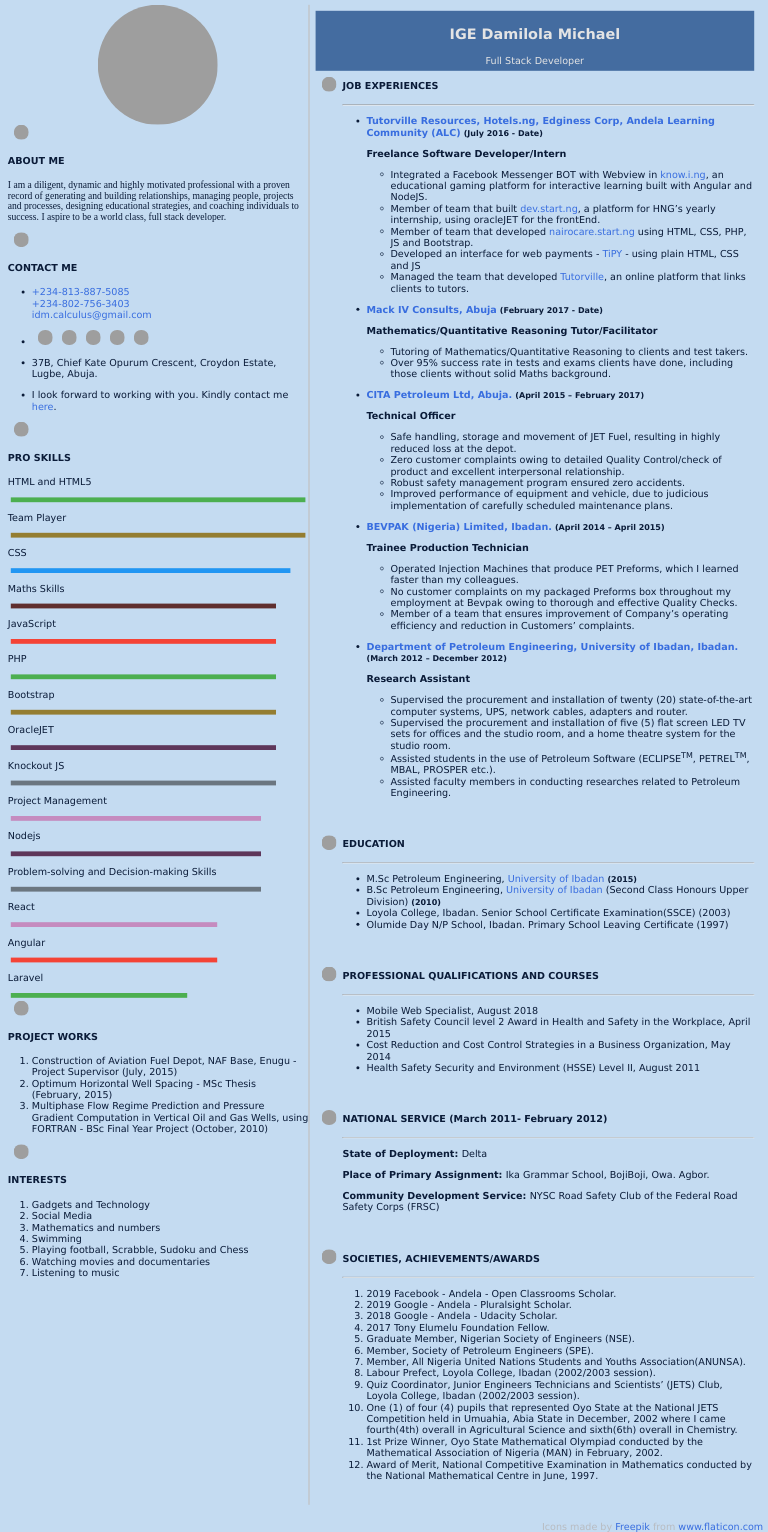
Repository: idmcalculus/DamilolaCV
Page: index.html
These files come from the project's save history. The page is drawn as it stood at one moment and after the next save; the edit follows.
The browser window is 1280 px wide. The pictures show the whole page, at 60% of full size.
Pictures or frames that could not be fetched are drawn as grey boxes.

Above is the page before, as saved 2019-11-18 21:30:44.

### index.html
<!DOCTYPE html>
<html lang="en">
  <head>
    <meta charset="UTF-8" />
    <meta name="viewport" content="width=device-width, initial-scale=1" />
    <meta http-equiv="X-UA-Compatible" content="ie=edge" />
    <meta name="keywords" content="Damilola Michael Ige's resume, resume of Ige Damilola Michael,
     Damilola Michael Ige, Damilola's resume, Ige's resume, Damilola Michael Ige's CV"/>
    <meta name="description" content="Damilola's resume or CV, is a document summarizing Damilola Ige's
    personal, professional and educational development in chronological order."/>
    <link href="data:[embedded picture, 1901 characters]" rel="icon" type="image/x-icon" />
    <link rel="stylesheet" href="style.css" />
    <title>Damilola's Resume</title>
  </head>

  <body>
    <div class="container">
      <div class="side">
        <div>
          <div class="profile-pix">
            <img
              src="https://res.cloudinary.com/idmcalculus/image/upload/v1566587963/IMG-20190804-WA0002_to0bl3.jpg"
              alt="Damilola's picture"
            />
          </div>
          <div class="profile">
            <img
              src="https://res.cloudinary.com/kayode/image/upload/v1566971345/235-2354657_pick-me-comments-me-icon-white-png_jkb7na.jpg"
              alt="icon"
            />
            <div class="profile-wordings">
              <h4>ABOUT ME</h4>
              <p id="about">
                I am a diligent, dynamic and highly motivated professional with a proven record of generating
                and building relationships, managing people, projects and processes, designing educational
                strategies, and coaching individuals to success. I aspire to be a world class, full stack developer.
              </p>
            </div>
          </div>
        </div>
        <div>
          <div class="profile">
            <img
              src="https://res.cloudinary.com/idmcalculus/image/upload/v1567673501/1915638_ln0e1k.png"
              alt="icon"
            />
          </div>
          <div class="profile-wordings">
            <h4>CONTACT ME</h4>
            <ul>
              <li>
                <p>
                  <span><a href="tel:+2348138875085" target="_blank">+234-813-887-5085</a></span></br>
                  <span><a href="tel:+2348027563403" target="_blank">+234-802-756-3403</a></span></br>
                  <span><a href="mailto:idm.calculus@gmail.com" target="_blank">idm.calculus@gmail.com</a></span>
                </p>
              </li>
              <li>
                <p>
                  <span class="profile"><a href="https://www.linkedin.com/in/idmcalculus" target="_blank">
                      <img src="https://res.cloudinary.com/idmcalculus/image/upload/v1567078814/linkedin_nawncg.png"
                      alt="@idmcalculus"></a></span>
                  <span class="profile"><a href="http://github.com/idmcalculus" target="_blank">
                      <img src="https://res.cloudinary.com/idmcalculus/image/upload/v1567091706/github_myyj8k.png"
                      alt="@idmcalculus"> </a></span>
                  <span class="profile"><a href="http://facebook.com/idmcalculus" target="_blank">
                      <img src="https://res.cloudinary.com/idmcalculus/image/upload/v1567078814/facebook_o0mfuf.png"
                      alt="@idmcalculus"/></a>
                  </span>
                  <span class="profile"><a href="http://twitter.com/gmatngre_tutor" target="_blank">
                    <img src="https://res.cloudinary.com/idmcalculus/image/upload/v1567078815/twitter_najoia.png"
                      alt="@gmatngre_tutor"/></a>
                  </span>
                  <span class="profile"><a href="http://instagram.com/idmcalculus" target="_blank">
                    <img src="https://res.cloudinary.com/idmcalculus/image/upload/v1567078814/instagram_sg1ayt.png"
                      alt="@idmcalculus"/></a>
                  </span>
                </p>
              </li>
              <li>
                <p>37B, Chief Kate Opurum Crescent, Croydon Estate, Lugbe, Abuja.</p>
              </li>
              <li>
                <p>I look forward to working with you. Kindly contact me <a href="contactme.html" target="_blank">here</a>.</p>
              </li>
            </ul>
          </div>
        </div>
        <div>
          <div class="profile">
            <img
              src="https://res.cloudinary.com/idmcalculus/image/upload/v1567673758/1120311_pwpidf.png"
              alt="icon"
            />
          </div>
          <div class="profile-wordings">
            <h4>PRO SKILLS</h4>
            <p class="skillname">HTML and HTML5</p>
                    <div class="container">
                        <div class="skills html"></div>
                    </div>
                    <p class="skillname">Team Player</p>
                    <div class="container">
                        <div class="skills teamplay"></div>
                    </div>

                    <p class="skillname">CSS</p>
                    <div class="container">
                        <div class="skills css"></div>
                    </div>
                    <p class="skillname">Maths Skills</p>
                    <div class="container">
                      <div class="skills maths"></div>
                    </div>
                    <p class="skillname">JavaScript</p>
                    <div class="container">
                      <div class="skills js"></div>
                    </div>
                    <p class="skillname">PHP</p>
                    <div class="container">
                      <div class="skills php"></div>
                    </div>
                    <p class="skillname">Bootstrap</p>
                    <div class="container">
                      <div class="skills bs"></div>
                    </div>
                    <p class="skillname">OracleJET</p>
                    <div class="container">
                      <div class="skills ojet"></div>
                    </div>
                    <p class="skillname">Knockout JS</p>
                    <div class="container">
                      <div class="skills ko"></div>
                    </div>
                    <p class="skillname">Project Management</p>
                    <div class="container">
                      <div class="skills project"></div>
                    </div>
                    <p class="skillname">Nodejs</p>
                    <div class="container">
                      <div class="skills nodejs"></div>
                    </div>
                    <p class="skillname">Problem-solving and Decision-making Skills</p>
                    <div class="container">
                        <div class="skills psdm"></div>
                    </div>
                    <p class="skillname">React</p>
                    <div class="container">
                      <div class="skills react"></div>
                    </div>
                    <p class="skillname">Angular</p>
                    <div class="container">
                      <div class="skills angular"></div>
                    </div>
                    <p class="skillname">Laravel</p>
                    <div class="container">
                      <div class="skills lara"></div>
                    </div>
          </div>
        </div>
        <div>
          <div class="profile">
            <img
              src="https://res.cloudinary.com/idmcalculus/image/upload/v1567673951/business-and-finance_otltgi.png"
              alt="icon"
            />
          </div>
          <div class="profile-wordings">
            <h4>PROJECT WORKS</h4>
            <ol>
              <li>Construction of Aviation Fuel Depot, NAF Base, Enugu - Project Supervisor (July, 2015)</li>
              <li>Optimum Horizontal Well Spacing - MSc Thesis (February, 2015)</li>
              <li>Multiphase Flow Regime Prediction and Pressure Gradient Computation in Vertical Oil and Gas Wells, using FORTRAN - BSc Final Year Project (October, 2010)</li>
          </ol>
          </div>
        </div>
        <div>
          <div class="profile">
            <img
              src="https://res.cloudinary.com/idmcalculus/image/upload/v1567673758/1120311_pwpidf.png"
              alt="icon"
            />
          </div>
          <div class="profile-wordings">
            <h4>INTERESTS</h4>
            <ol>
              <li>Gadgets and Technology</li>
              <li>Social Media</li>
              <li>Mathematics and numbers</li>
              <li>Swimming</li>
              <li>Playing football, Scrabble, Sudoku and Chess</li>
              <li>Watching movies and documentaries</li>
              <li>Listening to music</li>
          </ol>
          </div>
        </div>
      </div>
      <div class="vertical-line"></div>
      <div class="main">
        <div class="main-section">
          <div class="name">
            <div>
              <h2>IGE Damilola Michael</h2>
              <p>Full Stack Developer</p>
            </div>
          </div>
          <div class="profile-pix-mobile">
            <img
              src="https://res.cloudinary.com/idmcalculus/image/upload/v1566587963/IMG-20190804-WA0002_to0bl3.jpg"
              alt="Damilola's picture"
            />
          </div>
          <div>
            <div class="experience-img">
              <img
                src="https://res.cloudinary.com/idmcalculus/image/upload/v1567079491/portfolio_xrwlbz.png"
                alt=""
              />
            </div>
            <div class="experience">
              <h4>JOB EXPERIENCES</h4>
              <hr />
              <ul>
                <li>
                    <p>
                        <span class="prior" style="color: rgb(56, 109, 223);"><strong>Tutorville Resources, Hotels.ng, Edginess Corp, Andela Learning Community (ALC)</strong></span>
                        <span><small><b> (July 2016 - Date)</b> </small></span>
                      </p>
                      <p>
                        <b>Freelance Software Developer/Intern</b>
                        <ul>
                            <li>Integrated a Facebook Messenger BOT with Webview in <a href="https://know.i.ng/" target="_blank">know.i.ng</a>, an educational gaming platform for interactive learning built with Angular and NodeJS.</li>
                            <li>Member of team that built <a href="https://dev.start.ng/" target="_blank">dev.start.ng</a>, a platform for HNG’s yearly internship, using oracleJET for the frontEnd.</li>
                            <li>Member of team that developed <a href="https://nairocare.start.ng/" target="_blank">nairocare.start.ng</a> using HTML, CSS, PHP, JS and Bootstrap.</li>
                            <li>Developed an interface for web payments - <a href="https://github.com/idmcalculus/TiPY" target="_blank">TiPY</a> - using plain HTML, CSS and JS</li>
                            <li>Managed the team that developed <a href="https://tutorville.com.ng" target="_blank">Tutorville</a>, an online platform that links clients to tutors.</li>
                        </ul>
                      </p>
                    </p>
                </li>
                <li>
                  <p>
                    <span class="prior"><strong><a href="https://examplanet.com/" target="_blank">Mack IV Consults, Abuja</a></strong></span>
                    <span><small><b> (February 2017 - Date)</b> </small></span>
                  </p>
                  <p>
                    <b>Mathematics/Quantitative Reasoning Tutor/Facilitator</b>
                    <ul>
                        <li>Tutoring of Mathematics/Quantitative Reasoning to clients and test takers.</li>
                        <li>Over 95% success rate in tests and exams clients have done, including those clients without solid Maths background.</li>
                    </ul>
                  </p>
                </li>
                <li>
                  <p>
                    <span class="prior"><strong><a href="http://citapetroleum.com/" target="_blank">CITA Petroleum Ltd, Abuja.</a></strong></span>
                    <b><small> (April 2015 – February 2017)</small></b>
                  </p>
                  <p>
                    <b>Technical Officer</b>
                    <ul>
                        <li>Safe handling, storage and movement of JET Fuel, resulting in highly reduced loss at the depot.</li>
                        <li>Zero customer complaints owing to detailed Quality Control/check of product and excellent interpersonal relationship.</li>
                        <li>Robust safety management program ensured zero accidents.</li>
                        <li>Improved performance of equipment and vehicle, due to judicious implementation of carefully scheduled maintenance plans.</li>
                    </ul>
                  </p>
                </li>
                <li>
                    <span class="prior"><strong><a href="http://www.bevpaknigeria.com/en/index.html" target="_blank">BEVPAK (Nigeria) Limited, Ibadan.</a></span></strong>
                    <b> <small> (April 2014 – April 2015)</small></b>
                  <p>
                    <b> Trainee Production Technician</b>
                    <ul>
                        <li>Operated Injection Machines that produce PET Preforms, which I learned faster than my colleagues.</li>
                        <li>No customer complaints on my packaged Preforms box throughout my employment at Bevpak owing to thorough and effective Quality Checks.</li>
                        <li>Member of a team that ensures improvement of Company’s operating efficiency and reduction in Customers’ complaints.</li>
                    </ul>
                  </p>
                </li>
                <li>
                    <span class="prior"><strong><a href="http://tech.ui.edu.ng/welcomepet" target="_blank">Department of Petroleum Engineering, University of Ibadan, Ibadan.</a></span></strong>
                    <b> <small> (March 2012 – December 2012)</small></b>
                  <p>
                    <b> Research Assistant</b>
                    <ul>
                        <li>Supervised the procurement and installation of twenty (20) state-of-the-art computer systems, UPS, network cables, adapters and router.</li>
                        <li>Supervised the procurement and installation of five (5) flat screen LED TV </br>
                            sets for offices and the studio room, and a home theatre system for the studio room.</li>
                        <li>Assisted students in the use of Petroleum Software (ECLIPSE<sup>TM</sup>, PETREL<sup>TM</sup>, MBAL, PROSPER etc.).</li>
                        <li>Assisted faculty members in conducting researches related to Petroleum Engineering.</li>
                    </ul>
                  </p>
                </li>
              </ul>
            </div>
          </div>
          <div>
            <div class="experience-img">
              <img
                src="https://res.cloudinary.com/idmcalculus/image/upload/v1567079258/university_ori3oo.png"
                alt="icon"
              />
            </div>
            <div class="experience">
              <h4>EDUCATION</h4>
              <hr />
              <ul>
                <p>
                    <li>M.Sc Petroleum Engineering, <a href="http://www.ui.edu.ng/" target="_blank">University of Ibadan</a> <small><b>(2015)</b></small></li>
                    <li>B.Sc Petroleum Engineering, <a href="http://www.ui.edu.ng/" target="_blank">University of Ibadan</a>
                        (Second Class Honours Upper Division) <small><b>(2010)</b></small></li>
                    <li>Loyola College, Ibadan. Senior School Certificate Examination(SSCE) (2003)</li>
                    <li>Olumide Day N/P School, Ibadan. Primary School Leaving Certificate (1997)</li>
                </p>
              </ul>
            </div>
          </div>
          <div>
            <div class="experience-img">
              <img
                src="https://res.cloudinary.com/idmcalculus/image/upload/v1567079258/university_ori3oo.png"
                alt="icon"
              />
            </div>
            <div class="experience">
              <h4>PROFESSIONAL QUALIFICATIONS AND COURSES</h4>
              <hr />
              <ul>
                  <li>Mobile Web Specialist, August 2018</li>
                  <li>British Safety Council level 2 Award in Health and Safety in the Workplace, April 2015</li>
                  <li>Cost Reduction and Cost Control Strategies in a Business Organization, May 2014</li>
                  <li>Health Safety Security and Environment (HSSE) Level II, August 2011</li>
              </ul>
            </div>
            <div class="experience-img">
                <img
                  src="https://res.cloudinary.com/idmcalculus/image/upload/v1567078815/police_axsdag.png"
                  alt="icon"
                />
            </div>
            <div class="experience">
                <h4>NATIONAL SERVICE (March 2011- February 2012)</h4>
                <hr />
                <p><strong>State of Deployment: </strong> Delta</p>
                <p><strong>Place of Primary Assignment: </strong> Ika Grammar School, BojiBoji, Owa. Agbor.</p>
                <p><strong>Community Development Service: </strong> NYSC Road Safety Club of the Federal Road Safety Corps (FRSC)</p>
            </div>
            <div class="experience-img">
                <img
                  src="https://res.cloudinary.com/idmcalculus/image/upload/v1567079139/trophy_a7erex.png"
                  alt="icon"
                />
            </div>
            <div class="experience">
                <h4>SOCIETIES, ACHIEVEMENTS/AWARDS</h4>
                <hr />
                <ol>
                    <li>2019 Facebook - Andela - Open Classrooms Scholar.</li>
                    <li>2019 Google - Andela - Pluralsight Scholar.</li>
                    <li>2018 Google - Andela - Udacity Scholar.</li>
                    <li>2017 Tony Elumelu Foundation Fellow.</li>
                    <li>Graduate Member, Nigerian Society of Engineers (NSE).</li>
                    <li>Member, Society of Petroleum Engineers (SPE).</li>
                    <li>Member, All Nigeria United Nations Students and Youths Association(ANUNSA).</li>
                    <li>Labour Prefect, Loyola College, Ibadan (2002/2003 session).</li>
                    <li>Quiz Coordinator, Junior Engineers Technicians and Scientists’ (JETS)
                        Club, Loyola College, Ibadan (2002/2003 session).</li>
                    <li>One (1) of four (4) pupils that represented Oyo State at the National JETS
                        Competition held in Umuahia, Abia State in December, 2002 where I came
                        fourth(4th) overall in Agricultural Science and sixth(6th) overall in Chemistry.</li>
                    <li>1st Prize Winner, Oyo State Mathematical Olympiad conducted by the
                        Mathematical Association of Nigeria (MAN) in February, 2002.</li>
                    <li>Award of Merit, National Competitive Examination in Mathematics conducted by the
                        National Mathematical Centre in June, 1997.</li>
                </ol>
            </div>
          </div>
        </div>
      </div>
    </div>
    <div class="flaticon">Icons made by <a href="https://www.flaticon.com/authors/freepik" title="Freepik">Freepik</a> from <a href="https://www.flaticon.com/"         title="Flaticon">www.flaticon.com</a></div>
  </body>
</html>

### style.css
* {
  box-sizing: border-box;
  -moz-box-sizing: border-box;
  -o-box-sizing: border-box;
  -ms-box-sizing: border-box;
  -webkit-box-sizing: border-box;
}
body {
  font-family: Verdana, Geneva, Tahoma, sans-serif;
  font-size: medium;
  background: rgb(196, 219, 241);
  color: rgb(10, 27, 56);
  width: auto;
}
a {
  color: rgb(56, 109, 223);
  text-decoration: none;
}
.container {
  width: auto;
  margin: 5px 5px;
  display: flex;
  flex-direction: row;
  justify-content: flex-start;
}
.container .side {
  display: flex;
  flex-direction: column;
  width: 40%
}
.container .main {
  display: flex;
  flex-direction: column;
  width: 60%
}
.profile-pix img {
  top: 20px;
  border-radius: 50%;
  display: block;
  margin: auto;
  height: 200px;
  width: 200px;
}
.profile-pix-mobile{
  display: none;
}
.profile img {
  width: 25px;
  height: 25px;
  border-radius: 12px;
  margin-left: 10px;
}
.profile-wordings {
  padding: 0px;
  margin: 0px;
}
.icons {
  width: 25px;
  height: 25px;
  margin: 10px 10px;
}
.main-section {
  margin: 10px;
}
div .name {
  background: #446ca0;
  color: #e4e4e4;
  text-align: center;
  height: 100px;
  width: 100%;
}
.name div {
  padding: 5px;
}
.experience {
  margin-left: 45px;
  position: relative;
  bottom: 35px;
}
.experience-img img {
  width: 25px;
  height: 25px;
  border-radius: 12px;
  margin-left: 10px;
  position: relative;
  bottom: -10px;
}
.prior {
  color: lightseagreen;
}
.skillname .container {
  background-color: #ddd;
  width: 500px;
}
.skills {
  height: 0.5em;
  text-align: center;
  padding: 0px;
  margin: 0px;
  border: none;
  color: white;
  width: 100%;
}
.html {
  width: 100%;
  background-color: #4caf50;
}
.teamplay {
  width: 100%;
  background-color: rgb(148, 125, 49);
}
.css {
  width: 95%;
  background-color: #2196f3;
}
.js {
  width: 90%;
  background-color: #f44336;
}
.maths {
  width: 90%;
  background-color: #5f2e2e;
}
.php {
  width: 90%;
  background-color: #4caf50;
}
.bs {
  width: 90%;
  background-color: rgb(148, 125, 49);
}
.ojet {
  width: 90%;
  background-color: #5e365a;
}
.ko {
  width: 90%;
  background-color: #6b7680;
}
.react {
  width: 70%;
  background-color: #c58bbf;
}
.angular {
  width: 70%;
  background-color: #f44336;
}
.lara {
  width: 60%;
  background-color: #4caf50;
}
.project {
  width: 85%;
  background-color: #c58bbf;
}
.nodejs {
  width: 85%;
  background-color: #5e365a;
}
.psdm {
  width: 85%;
  background-color: #6b7680;
}
.skillname {
  text-align: left;
  height: 10%;
}
.flaticon {
  bottom: 5px;
  float: right;
  color: rgb(184, 187, 192);
}
.vertical-line {
  border-right: 2px solid silver;
  height: 2500px;
}
#about {
  font-family: "Times New Roman", Times, serif;
}

@media screen and (max-width: 768px) {
  .container {
    margin: 0px;
    width: auto;
    display: flex;
    flex-direction: column;
    flex-flow: column-reverse;
    justify-content: flex-start;
  }

  #about {
    font-family: Verdana, Geneva, Tahoma, sans-serif;
  }

  .name {
    /*position: absolute;
    top: 2px;*/
    width: 90%;
  }

  .vertical-line {
    display: none;
  }

  .profile-pix img {
    display: none;
  }

  .profile-pix-mobile {
    display: block;
  }

  .profile-pix-mobile img {
    border-radius: 50%;
    display: block;
    margin: 5px auto;
    padding: 10px;
    height: 200px;
    width: 200px;
  }

  .container .side {
    width: 100%;
  }

  .container .main {
    width: 100%;
  }
}

After the next save:
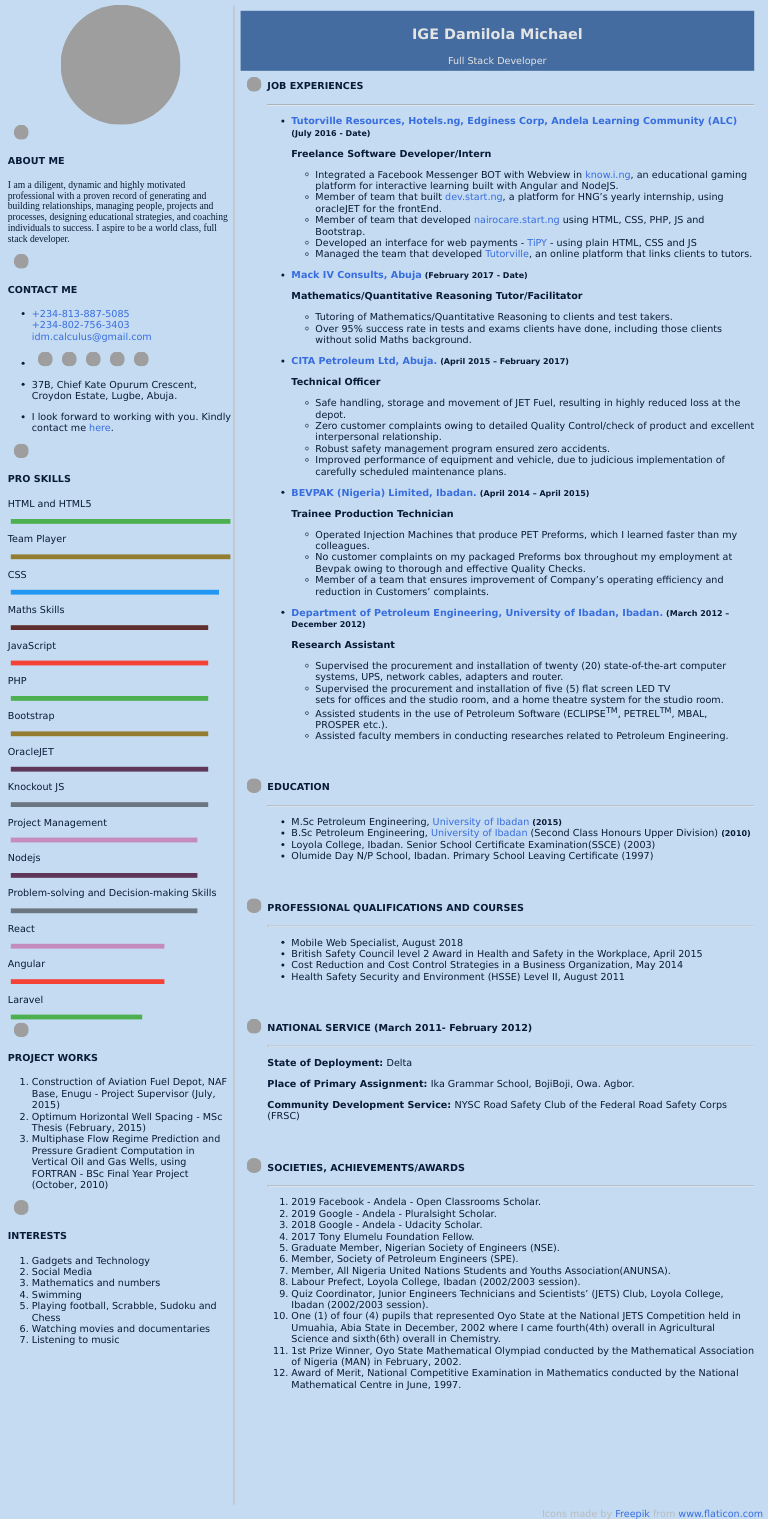
Saved 23 s later.
--- a/style.css
+++ b/style.css
@@ -26,12 +26,12 @@
 .container .side {
   display: flex;
   flex-direction: column;
-  width: 40%
+  width: 30%
 }
 .container .main {
   display: flex;
   flex-direction: column;
-  width: 60%
+  width: 70%
 }
 .profile-pix img {
   top: 20px;
